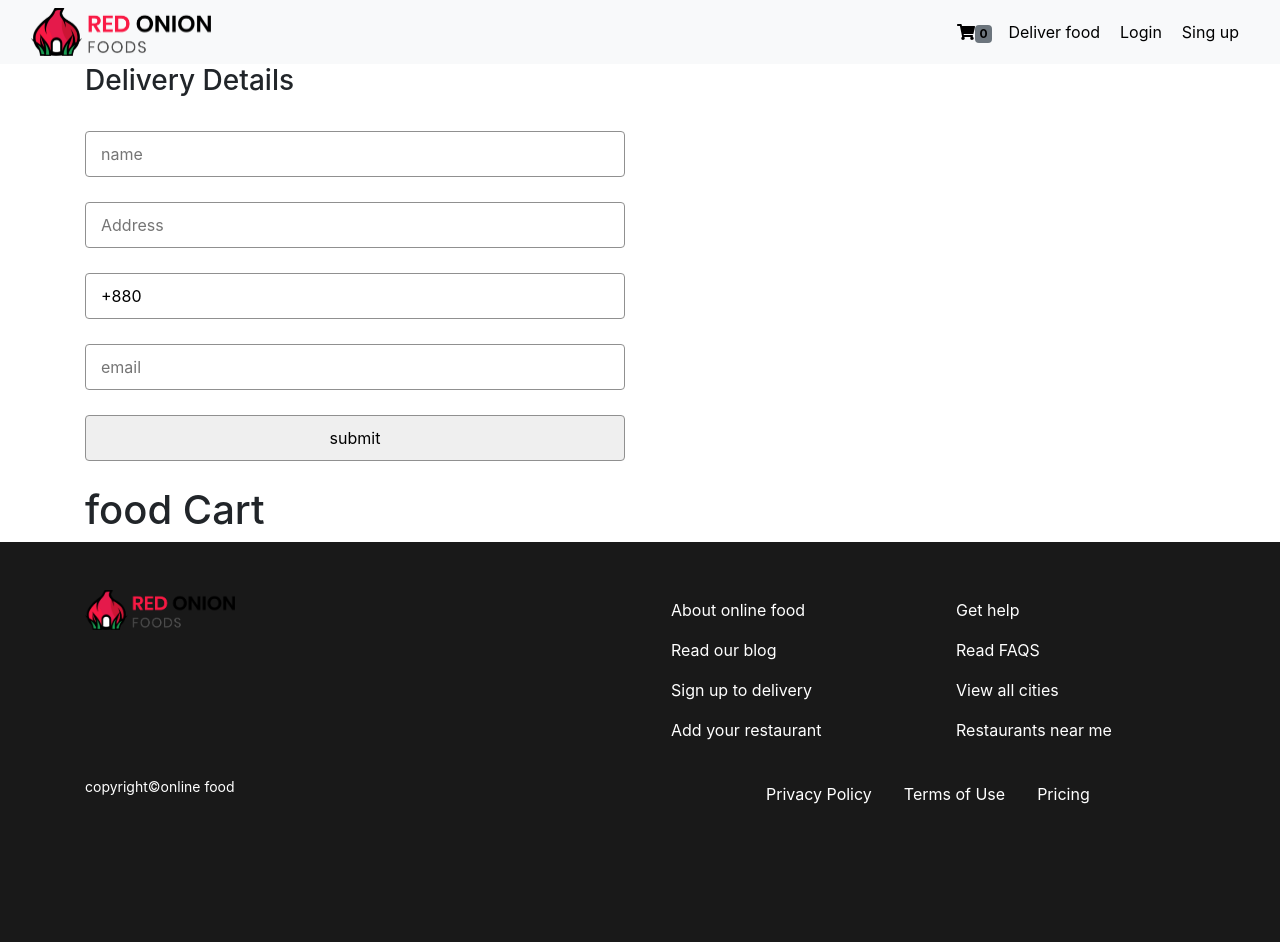
Repository: arif286/red-onion-client
Page: /cart
An editor plug-in stored every save of this project. The page is shown before and after the next save, followed by the edit.
The browser window is 1280 px wide. The pictures show the whole page.
The project was rebuilt for these pictures with package versions that can differ from the ones it lists, and the page was loaded fresh each time. Also part of the build but not shown: src/App.css, src/components/SearchBar/SearchBar.css, src/components/SearchBar/SearchBar.js, src/components/FoodDetails/FoodDetail.css, src/components/FoodDetails/FoodDetail.js, src/components/DeliveryFood/DeliveryFood.js, src/components/Food/Food.css, src/components/Food/FoodItem.js and 9 more.

Above is the page before, as saved 2021-03-30 16:12:54.

After the next save:
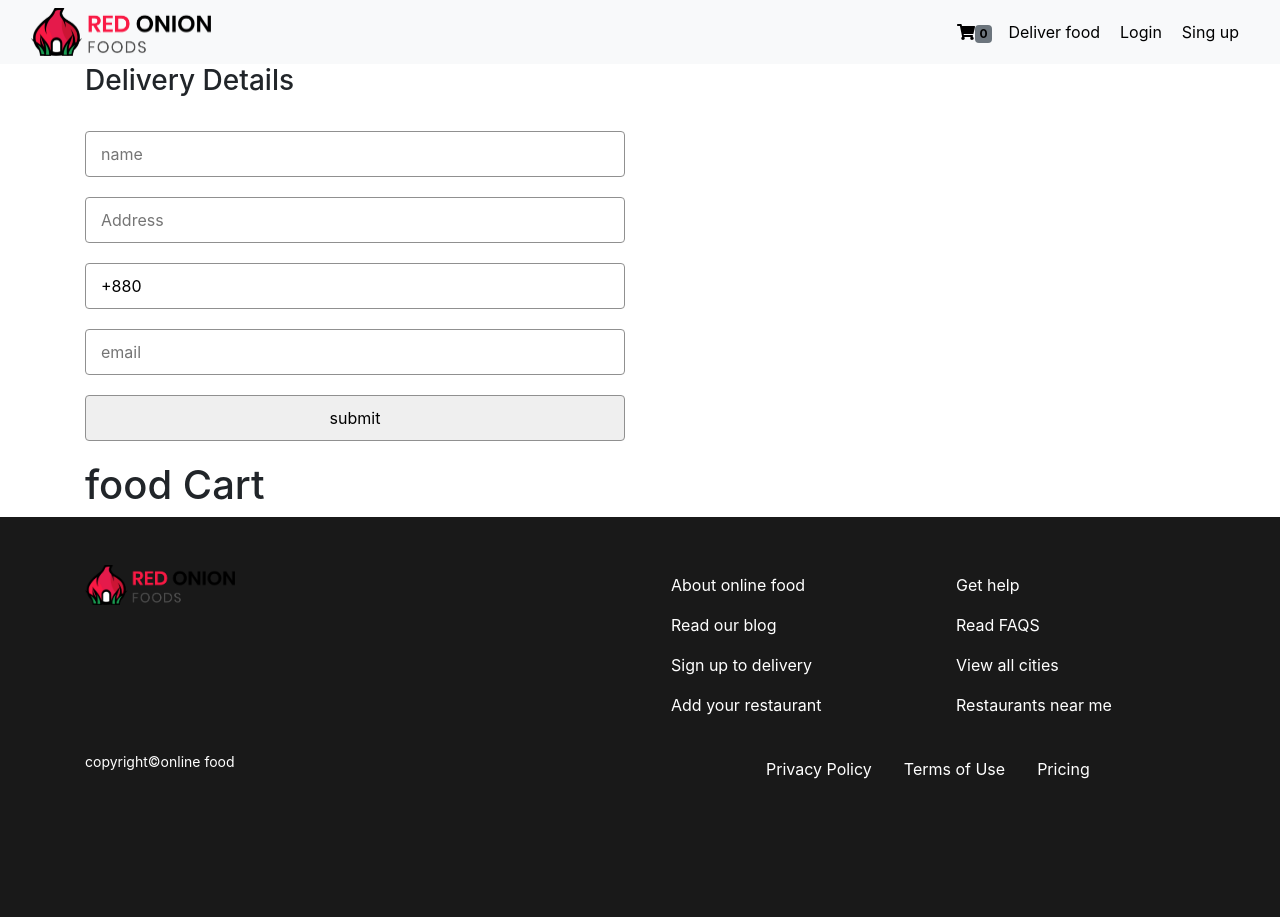
Saved 7 s later.
--- a/src/components/Cart/Cart.css
+++ b/src/components/Cart/Cart.css
@@ -2,7 +2,7 @@
   width: 100%;
   padding: 10px 15px;
   box-sizing: border-box;
-  margin-bottom: 25px;
+  margin-bottom: 20px;
   border: 1px solid #909090;
   outline: none;
   border-radius: 4px;
